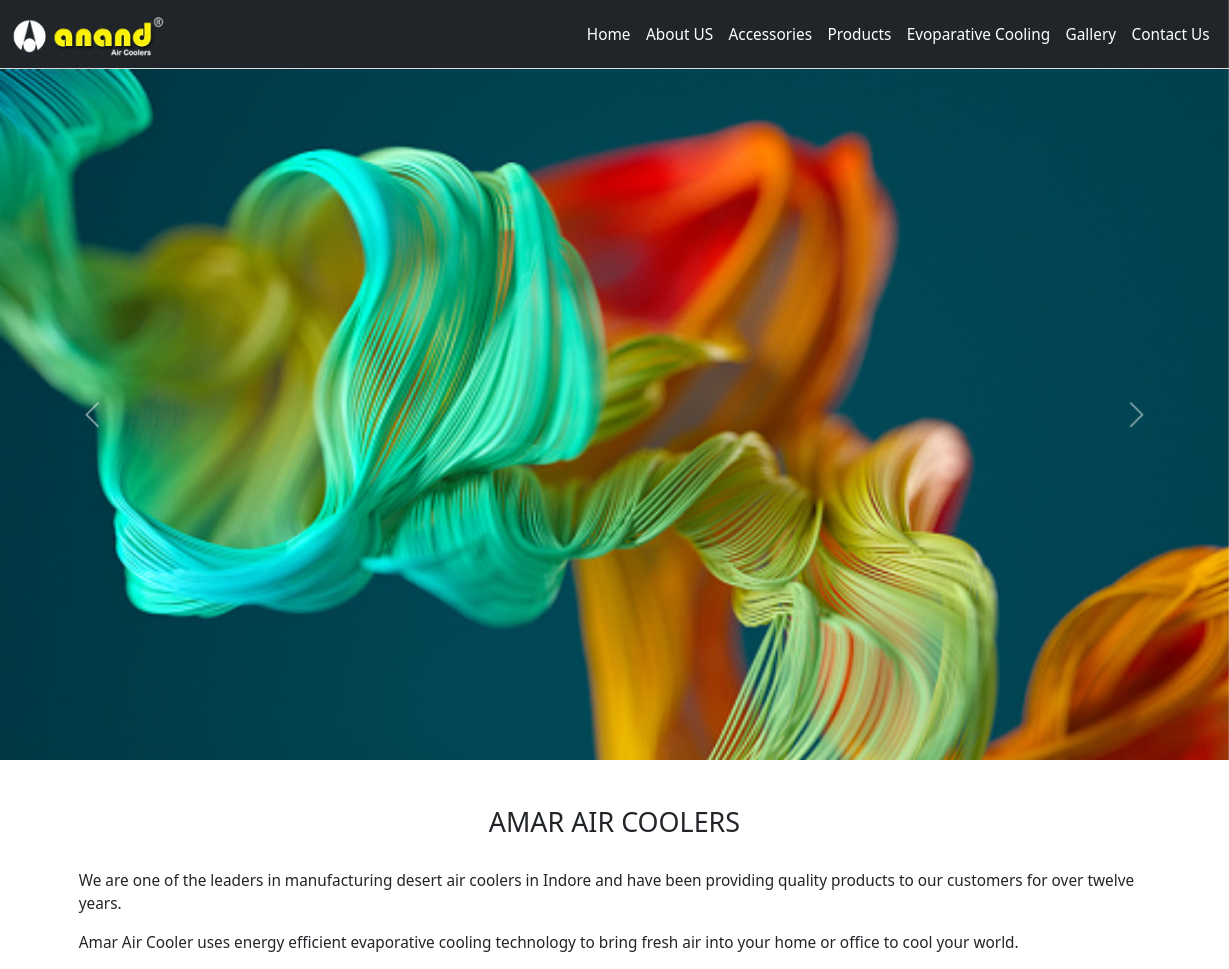
Repository: dhavalmaniyar/divakar
Page: http://localhost/
The author's editor kept a copy of each file at every save. The page is drawn from the files as they stood at one save, then again after the next save.
The browser window is 1280 px wide. The pictures show the whole page, at 96% of full size.
The page is served by the project's application, run on Django 3.2 (divakar_app/manage.py).

Above is the page before, as saved 2021-12-08 11:17:11.

After the next save:
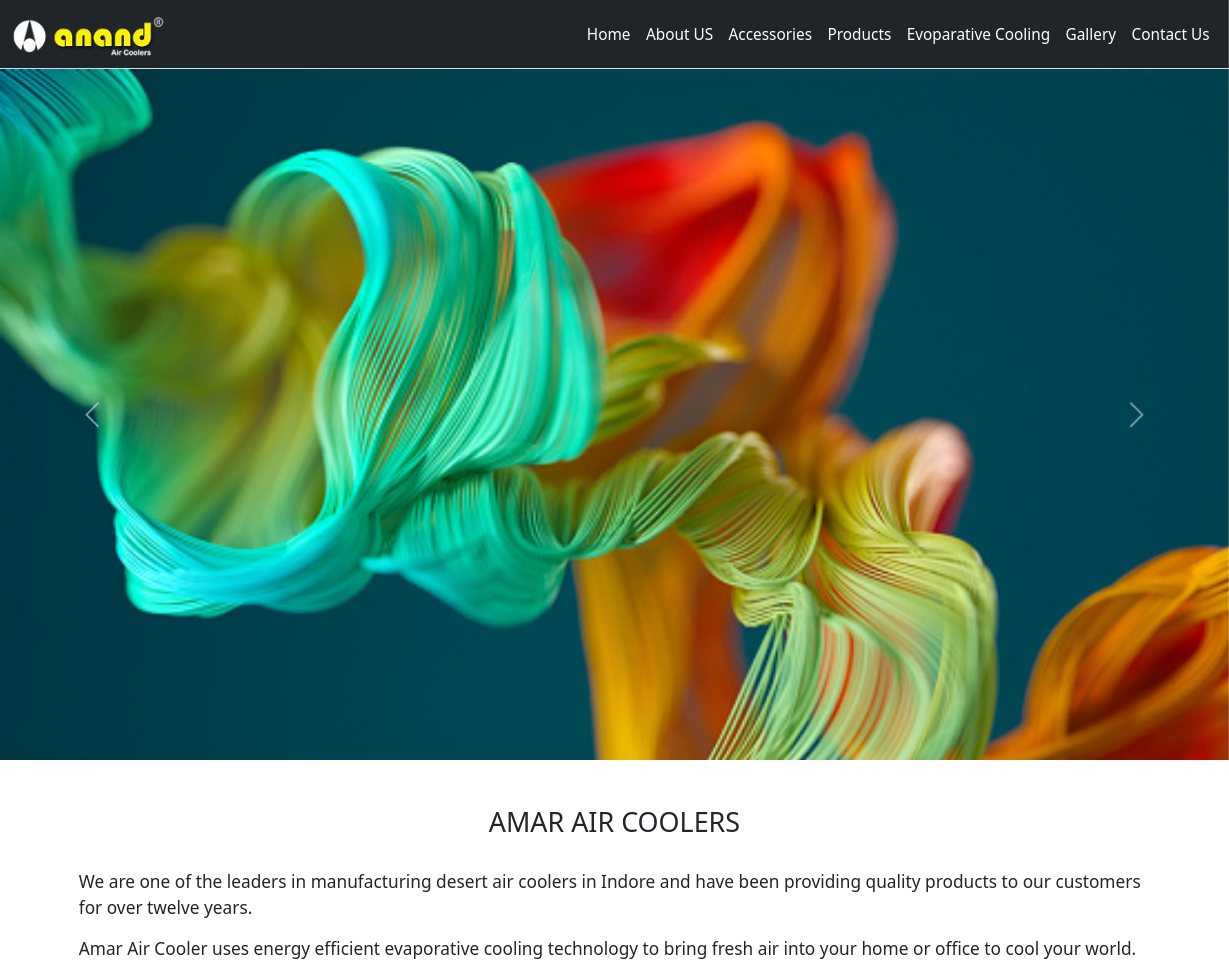
Saved 7 s later.
--- a/divakar_app/templates/index.html
+++ b/divakar_app/templates/index.html
@@ -26,15 +26,14 @@
   <br><br>
   <h3 class="text-center">AMAR AIR COOLERS</h3><br>
   <div class="container">
-      <p>
+    <p class="content">
         We are one of the leaders in manufacturing desert air coolers in Indore and have
         been providing quality products to our customers for over twelve years.
 
     </p>
-    <p>
+    <p class="content">
         Amar Air Cooler uses energy efficient evaporative cooling technology to bring fresh
         air into your home or office to cool your world.
-
     </p>
 </div>
 {%endblock body%}
